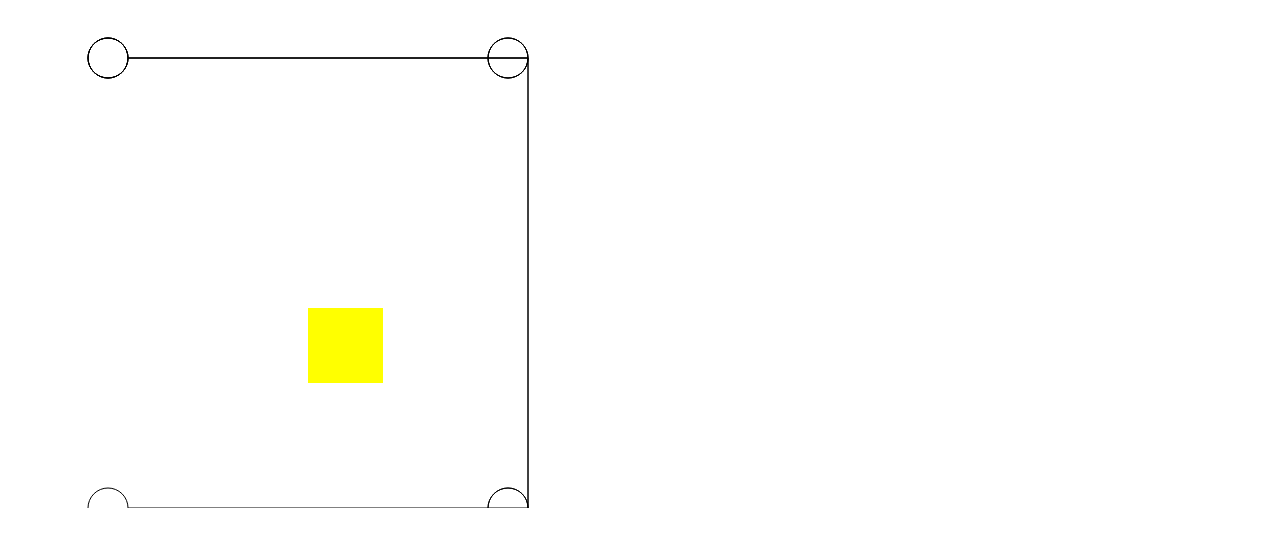
Repository: facio313/Python
Page: HELLO_PYTHON/day17/templates/canvas.html
These files come from the project's save history. The page is drawn as it stood at one moment and after the next save; the edit follows.
The browser window is 1280 px wide. The pictures show the whole page.

Above is the page before, as saved 2022-12-15 10:36:46.

After the next save:
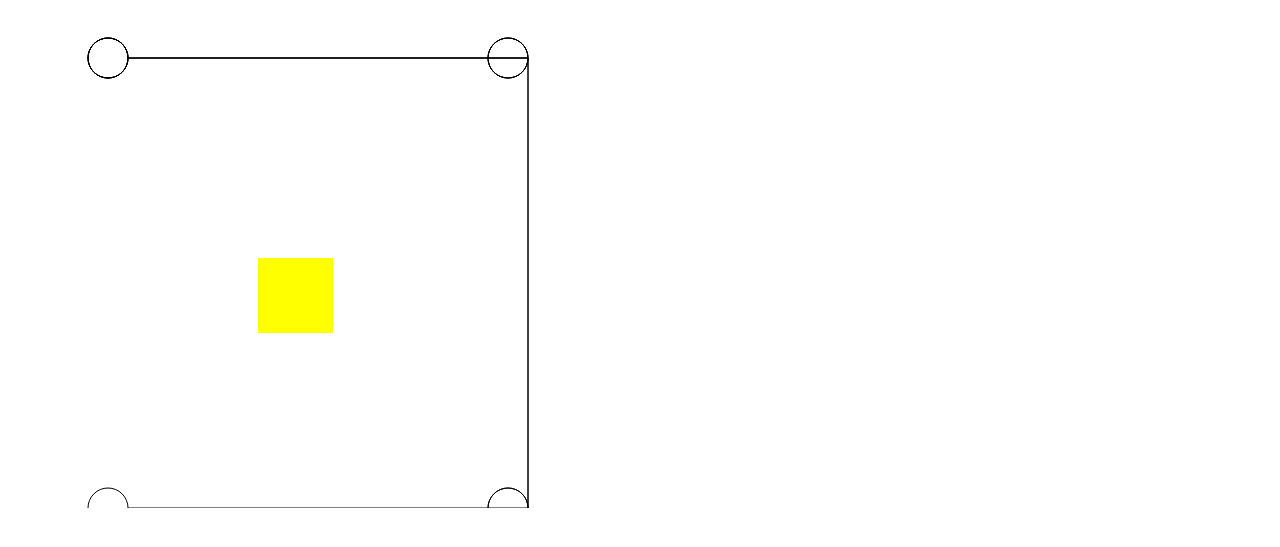
Saved 7 s later.
--- a/HELLO_PYTHON/day17/templates/canvas.html
+++ b/HELLO_PYTHON/day17/templates/canvas.html
@@ -23,7 +23,7 @@ function loader(){
 	ctx.stroke();
 
 	ctx.fillStyle = "rgba(255, 255, 0, 1)";
-	ctx.fillRect (300, 300, 75, 75);
+	ctx.fillRect (250, 250, 75, 75);
 }
 </script>
 
